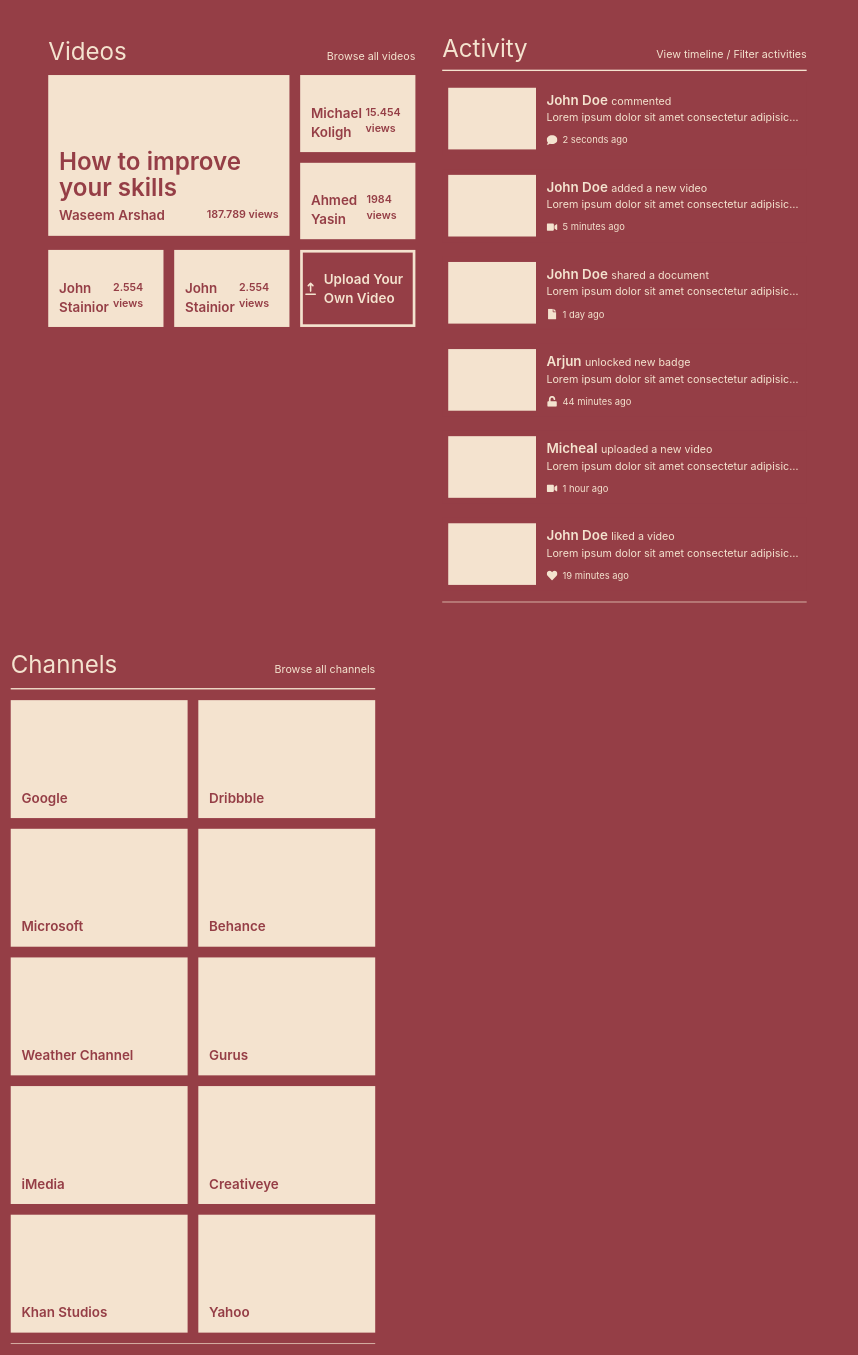
Repository: farrelmuhammad/test-salt
Page: /
The author's editor kept a copy of each file at every save. The page is drawn from the files as they stood at one save, then again after a run of saves.
The browser window is 1280 px wide. The pictures show the whole page, at 67% of full size.
The project was rebuilt for these pictures with package versions that can differ from the ones it lists, and the page was loaded fresh each time. Also part of the build but not shown: src/App.css.

Above is the page before, as saved 2022-11-21 16:55:10.

After the next 2 saves:
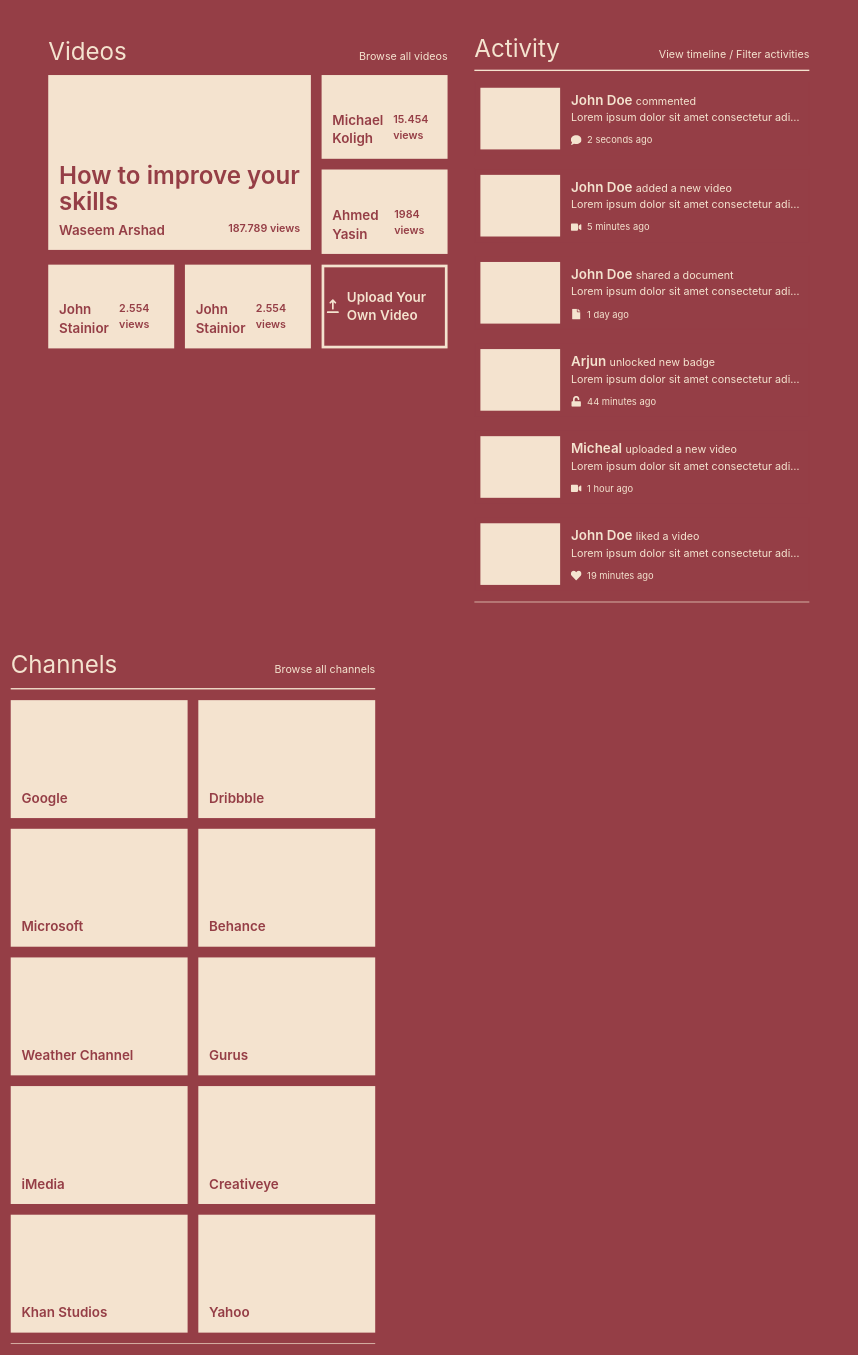
The 2 saves are shown as one change because they came seconds apart.
The last was saved 9 s later.
--- a/src/App.js
+++ b/src/App.js
@@ -12,7 +12,7 @@ function App() {
           <div className="flex-auto w-32">
             <Box />
           </div>
-          <div className="flex-auto w-32">
+          <div className="flex-auto w-8">
             <Activity />
           </div>
         </div>
